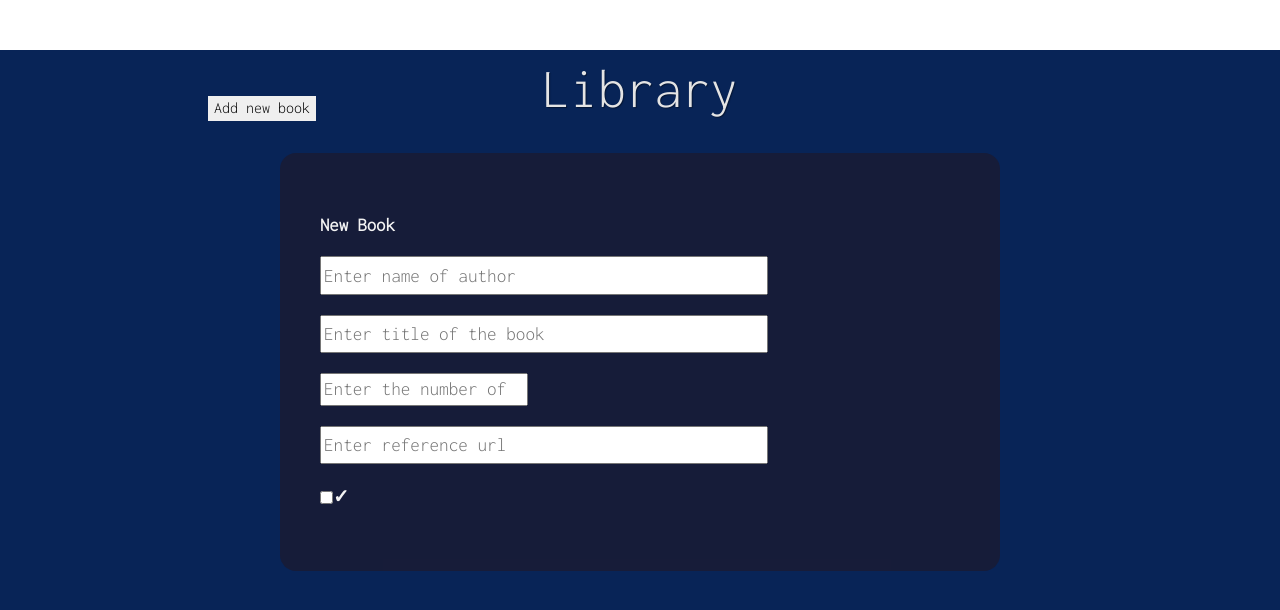
Repository: 0101chaitanya/Library
Page: index.html
The author's editor kept a copy of each file at every save. The page is drawn from the files as they stood at one save, then again after the next save.
The browser window is 1280 px wide. The pictures show the whole page.

Above is the page before, as saved 2021-06-03 18:27:14.

After the next save:
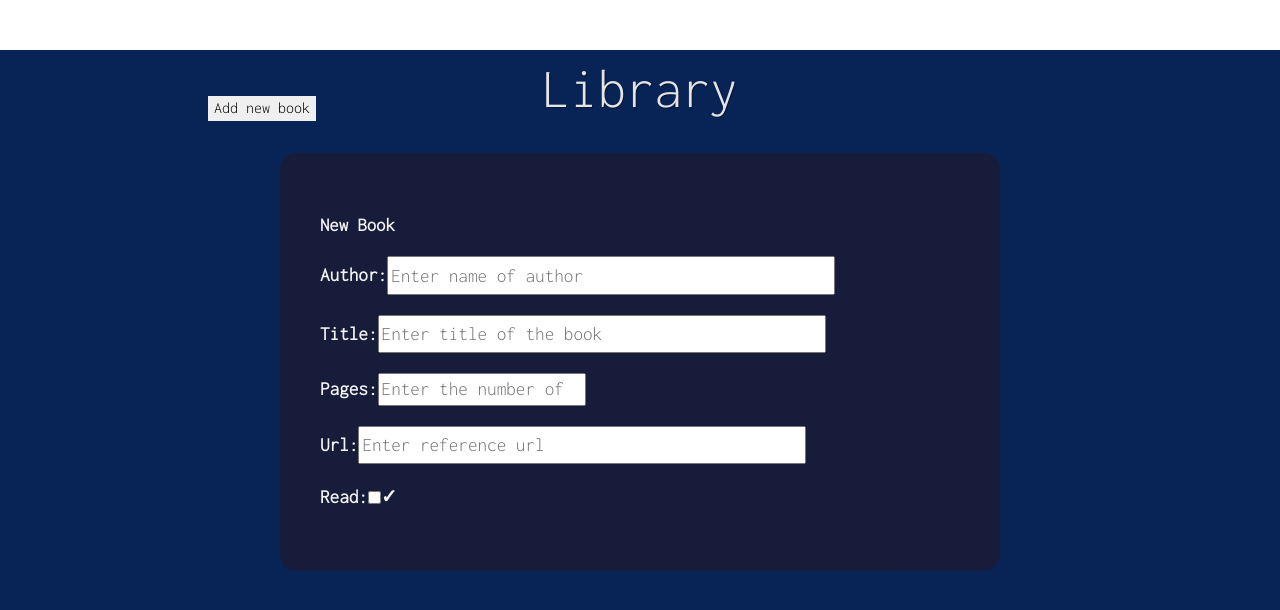
Saved 4 s later.
--- a/script.js
+++ b/script.js
@@ -15,7 +15,6 @@ function createElmt(labelName, labelId, tipe, labelTextContent, inputId, inpId,
     formGroup.classList.add('formGroup');
     labelName = document.createElement('label');
     labelName.textContent = labelTextContent;
-    labelName.innerHTML = '';
     labelName.id = labelId;
     labelName.htmlFor = inputId;
     inputId = document.createElement('input');
